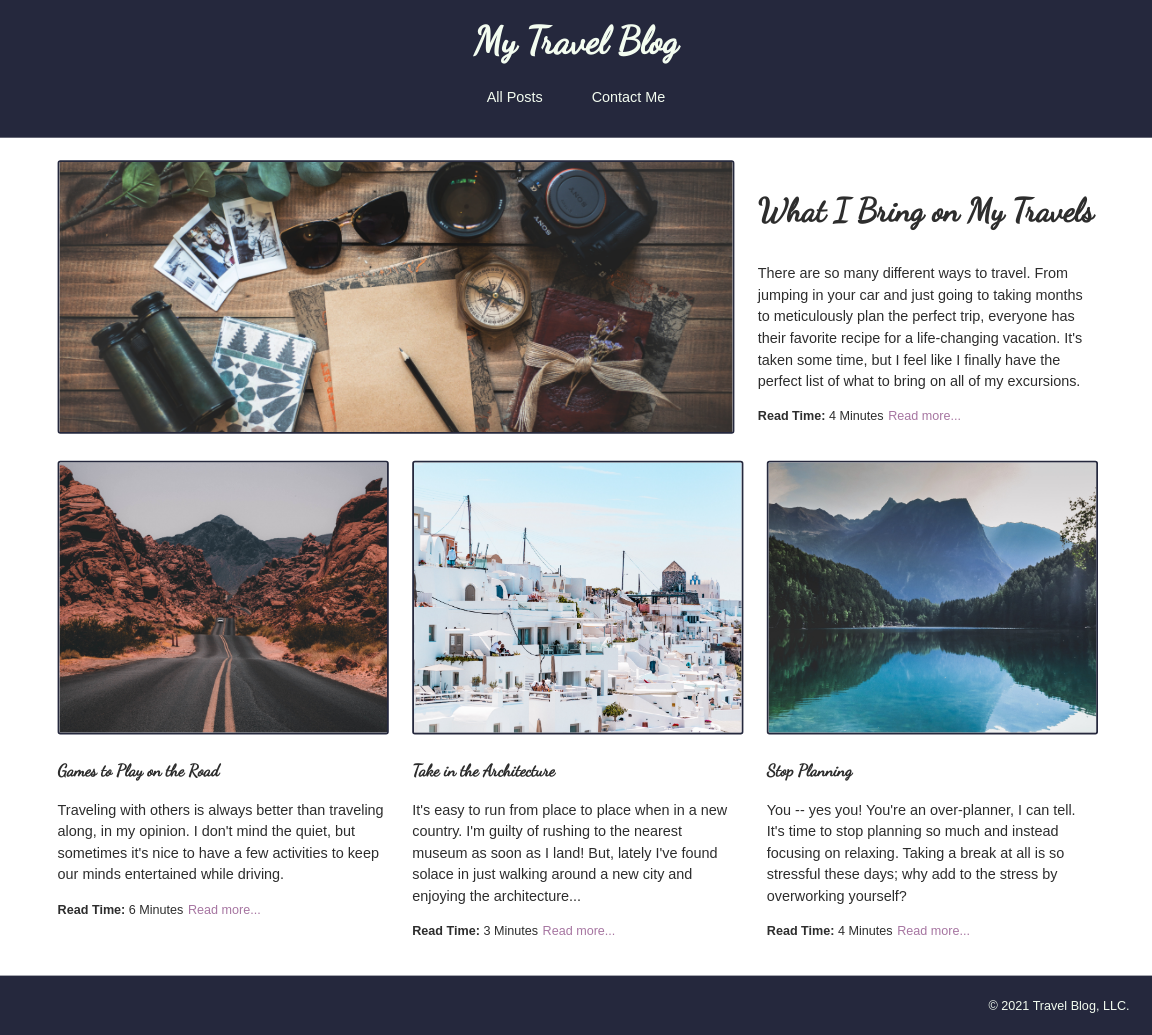
Repository: 9-5-pursuit/lab-reading-deleting-dom-elements
Page: index.html
The author's editor kept a copy of each file at every save. The page is drawn from the files as they stood at one save, then again after a run of saves.
The browser window is 1280 px wide. The pictures show the whole page, at 90% of full size.

Above is the page before, as saved 2023-03-14 09:21:15.

### index.html
<!DOCTYPE html>
<html lang="en">
  <head>
    <meta charset="UTF-8" />
    <meta http-equiv="X-UA-Compatible" content="IE=edge" />
    <meta name="viewport" content="width=device-width, initial-scale=1.0" />
    <title>Travel Blog</title>
    <link rel="stylesheet" href="style.css" />
  </head>
  <body>
    <header>
      <h1>My Travel Blog</h1>
      <nav>
        <ul>
          <li>
            <a href="#">All Posts</a>
          </li>
          <li>
            <a href="#">Contact Me</a>
          </li>
        </ul>
      </nav>
    </header>
    <main>
      <section class="featured">
        <img
          src="./images/rana-sawalha-unsplash.jpg"
          alt="Image of travel items."
        />
        <article>
          <h2>What I Bring on My Travels</h2>
          <p>
            There are so many different ways to travel. From jumping in your car
            and just going to taking months to meticulously plan the perfect
            trip, everyone has their favorite recipe for a life-changing
            vacation. It's taken some time, but I feel like I finally have the
            perfect list of what to bring on all of my excursions.
          </p>
          <aside>
            <p>
              <span><strong>Read Time:</strong> 4 Minutes</span
              ><a href="#">Read more...</a>
            </p>
          </aside>
        </article>
      </section>
      <section class="posts">
        <article>
          <img
            src="./images/jake-blucker-unsplash.jpg"
            alt="Image of a winding road."
          />
          <h3>Games to Play on the Road</h3>
          <p>
            Traveling with others is always better than traveling along, in my
            opinion. I don't mind the quiet, but sometimes it's nice to have a
            few activities to keep our minds entertained while driving.
          </p>
          <aside>
            <p>
              <span><strong>Read Time:</strong> 6 Minutes</span
              ><a href="#">Read more...</a>
            </p>
          </aside>
        </article>
        <article>
          <img
            src="./images/andre-benz-unsplash.jpg"
            alt="Image of buildings on the coast."
          />
          <h3>Take in the Architecture</h3>
          <p>
            It's easy to run from place to place when in a new country. I'm
            guilty of rushing to the nearest museum as soon as I land! But,
            lately I've found solace in just walking around a new city and
            enjoying the architecture...
          </p>
          <aside>
            <p>
              <span><strong>Read Time:</strong> 3 Minutes</span
              ><a href="#">Read more...</a>
            </p>
          </aside>
        </article>
        <article>
          <img
            src="./images/paul-gilmore-unsplash.jpg"
            alt="Image of a mountain in front of a lake."
          />
          <h3>Stop Planning</h3>
          <p>
            You -- yes you! You're an over-planner, I can tell. It's time to
            stop planning so much and instead focusing on relaxing. Taking a
            break at all is so stressful these days; why add to the stress by
            overworking yourself?
          </p>
          <aside>
            <p>
              <span><strong>Read Time:</strong> 4 Minutes</span
              ><a href="#">Read more...</a>
            </p>
          </aside>
        </article>
      </section>
    </main>
    <footer>© 2021 Travel Blog, LLC.</footer>
  </body>
</html>

### style.css
@import url("https://fonts.googleapis.com/css2?family=Dancing+Script&display=swap");

html,
body {
  color: #2d2d2d;
  font-family: Arial, Helvetica, sans-serif;
  margin: 0;
  padding: 0;
}

h1,
h2,
h3,
h4,
h5,
h6 {
  font-family: "Dancing Script", cursive;
}

header {
  background: #25283d;
  color: #f3fcf0;
  padding: 20px;
  text-align: center;
}

header h1 {
  font-size: 42px;
  margin-top: 0;
}

header nav ul {
  padding: 0;
}

header nav li {
  display: inline-block;
}

header nav li a {
  color: #f3fcf0;
  margin: 15px;
  padding: 10px;
  text-decoration: none;
}

header nav li a:hover {
  color: #ffd23f;
  border-bottom: 2px dotted #ffd23f;
}

main {
  margin: 10px auto;
  width: 90%;
}

main a {
  color: #a675a1;
  text-decoration: none;
}

main a:hover {
  color: #25283d;
}

main img {
  border: 2px solid #25283d;
  border-radius: 3px;
  height: 300px;
  object-fit: cover;
  object-position: 50% 50%;
  width: 100%;
}

main aside {
  font-size: 14px;
}

main aside span {
  display: inline-block;
  margin-right: 5px;
}

main .featured,
main .posts {
  column-gap: 30px;
  display: grid;
  line-height: 1.5;
  margin: 25px 0;
}

main .featured {
  grid-template-columns: 2fr 1fr;
}

main .featured h2 {
  font-size: 36px;
}

main .posts {
  grid-template-columns: 1fr 1fr 1fr;
}

footer {
  background: #25283d;
  color: #f3fcf0;
  font-size: 14px;
  padding: 25px;
  text-align: right;
}

### main.js
let removedAllPosts = document.querySelector("header ul li");
removedAllPosts.remove();

let removedSpan = document.querySelector(".featured span");
removedSpan.remove();

let removedLastPost = document.querySelectorAll("main .posts article");
removedLastPost[2].remove();

let arr = document.querySelectorAll("main .posts h3");
let titles = arr.forEach((title) => {
  title.remove();
});

After the next 2 saves:
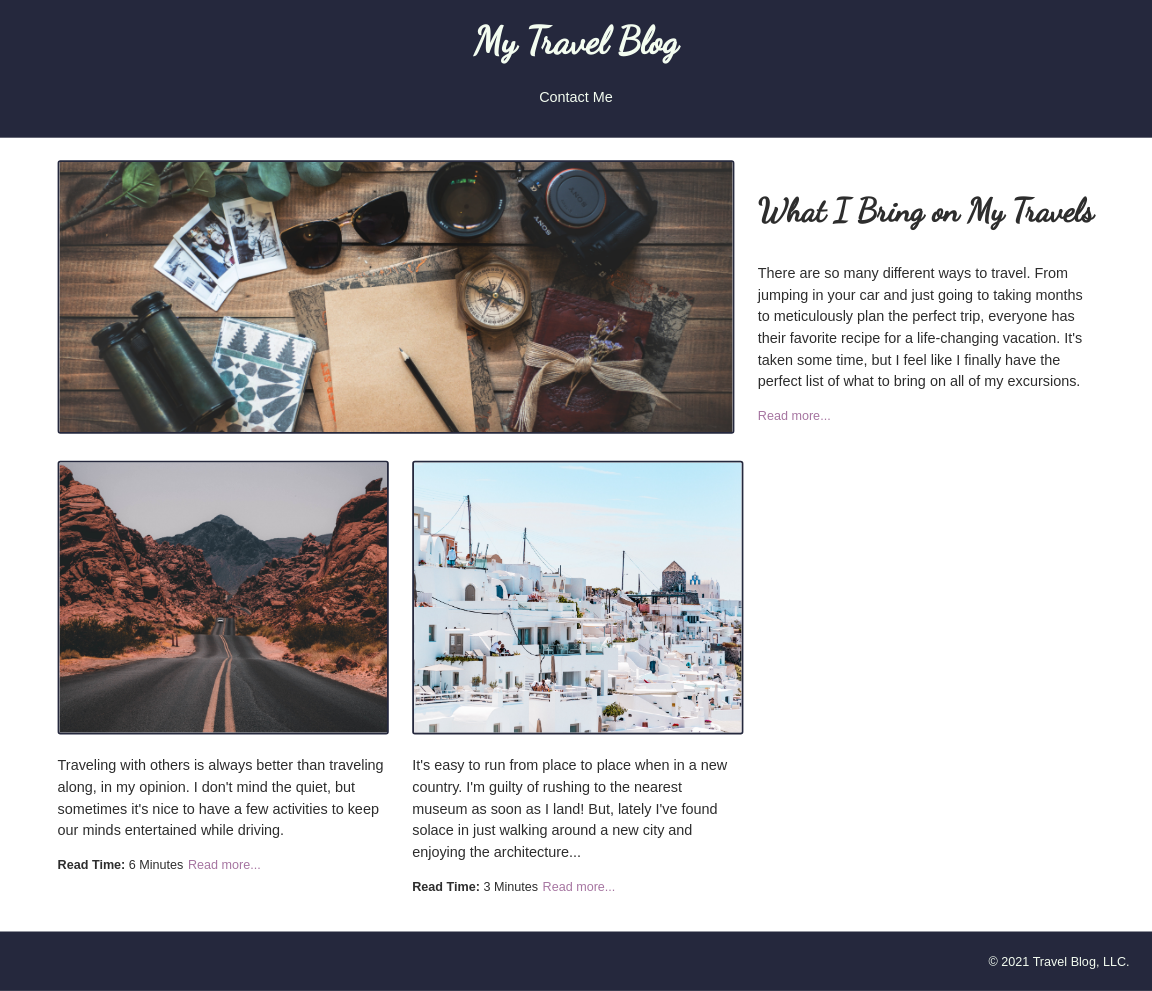
The 2 saves are shown as one change because they came seconds apart.
The last was saved 55 s later.
--- a/index.html
+++ b/index.html
@@ -104,5 +104,6 @@
       </section>
     </main>
     <footer>© 2021 Travel Blog, LLC.</footer>
+    <script src="./main.js"></script>
   </body>
 </html>
